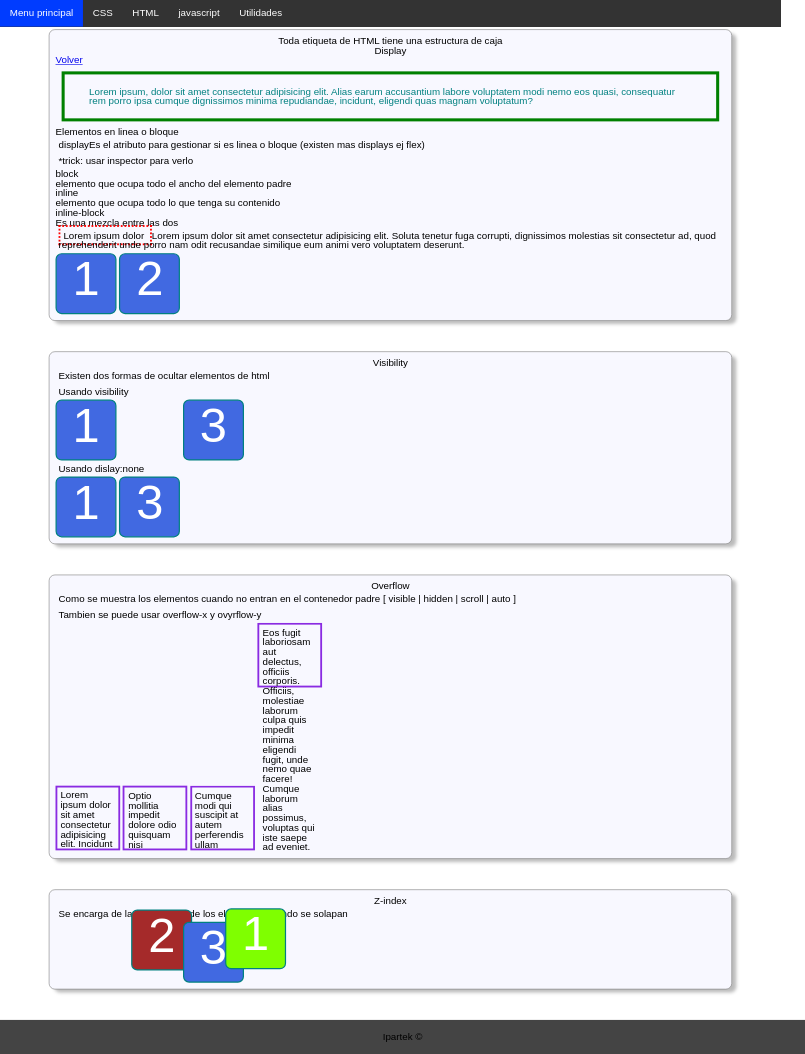
Repository: jcsanceledonio/java_2019_0396_2
Page: http://localhost/javaWebApp/ejemplos/html/box-model.jsp
The author's editor kept a copy of each file at every save. The page is drawn from the files as they stood at one save, then again after the next save.
The browser window is 1280 px wide. The page is 1320 px wide, then 1312 px, so the pictures cover 1320 px, including what lies to the right of the window. The pictures show the whole page, at 61% of full size.
Some web libraries are served in a nearby version. The page is served by Tomcat 9. Other server files are loaded and not shown.

Above is the page before, as saved 2019-11-20 10:54:25.

### javaWebApp/src/main/webapp/ejemplos/html/box-model.jsp
<%String titulo = "HelloWeb | box-model";%>

<%@include file="/includes/header.jsp" %>
<%@include file="/includes/navigation.jsp"%>
    <style>
        body {

        }

        span {
            border: 3px dotted red;
            padding: 5px;
        }

        p {

            padding: 5px;
        }

        p.prueba {
            color: teal;
            border: 5px solid green;
            margin: 10px;
            /* padding: 20px;  */
            padding: 20px 40px;
        }

        .box {
            display: inline-block;
            /* para que el bloque ocupe el borde que especifiquemos
            sin que se le sume los 2px de los bordes */
            box-sizing: border-box;
            width: 100px;
            height: 100px;

            border: 2px solid teal;
            background-color: royalblue;
            border-radius: 10px;

            color: #fff;
            font-size: 5em;
            text-align: center;
        }

        .box-texto {
            display: inline-block;
            width: 100px;
            height: 100px;
            border: 3px solid blueviolet;
        }

        section {
        	margin: 0px 80px 0px 80px;
            border: 1px solid rgb(131, 131, 131);
            background-color: ghostwhite;
            padding: 10px;
            margin-bottom: 50px;
            border-radius: 10px;

            -webkit-box-shadow: 8px 6px 6px -1px rgba(0, 0, 0, 0.27);
            -moz-box-shadow: 8px 6px 6px -1px rgba(0, 0, 0, 0.27);
            box-shadow: 8px 6px 6px -1px rgba(0, 0, 0, 0.27);
        }
    </style>

    <h1>Visualización</h1>

    <section>
        <h2>Toda etiqueta de HTML tiene una estructura de caja</h2>
        <h2>Display</h2>
        <a href="index.jsp">Volver</a>

        <p class="prueba">Lorem ipsum, dolor sit amet consectetur adipisicing elit. Alias earum accusantium labore
            voluptatem modi nemo eos
            quasi, consequatur rem porro ipsa cumque dignissimos minima repudiandae, incidunt, eligendi quas magnam
            voluptatum?</p>

        <h3>Elementos en linea o bloque</h3>
        <p><code>display</code>Es el atributo para gestionar si es linea o bloque (existen mas displays ej flex)</p>
        <p>*trick: usar inspector para verlo</p>
        <dl>
            <dt>block</dt>
            <dd>elemento que ocupa todo el ancho del elemento padre</dd>

            <dt>inline</dt>
            <dd>elemento que ocupa todo lo que tenga su contenido</dd>

            <dt>inline-block</dt>
            <dd>Es una mezcla entre las dos</dd>

        </dl>

        <p> <span> Lorem ipsum dolor </span> Lorem ipsum dolor sit amet consectetur adipisicing elit. Soluta tenetur
            fuga
            corrupti, dignissimos molestias sit
            consectetur ad, quod reprehenderit unde porro nam odit recusandae similique eum animi vero voluptatem
            deserunt.
        </p>

        <div class="box">1</div>
        <div class="box">2</div>
    </section>

    <section>
        <h2>Visibility</h2>
        <p>Existen dos formas de ocultar elementos de html</p>
        <!-- Se oculta pero respeta el espacio -->
        <p>Usando <code>visibility</code></p>
        <div class="box">1</div>
        <div class="box" style="visibility:hidden">2</div>
        <div class="box">3</div>

        <!-- Se oculta y no ocupa espacio -->
        <p>Usando <code>dislay:none</code></p>
        <div class="box">1</div>
        <div class="box" style="display:none">2</div>
        <div class="box">3</div>
    </section>

    <section>
        <h2>Overflow</h2>
        <p> Como se muestra los elementos cuando no entran en el contenedor padre
            <code>[ visible | hidden | scroll | auto ]</code> </p>
        <p>Tambien se puede usar <code>overflow-x</code> y <code>ovyrflow-y</code></p>
        <div class="box-texto" style="overflow: hidden;">
            <p>Lorem ipsum dolor sit amet consectetur adipisicing elit. Incidunt laudantium ipsam facere explicabo in
                adipisci sed autem aliquid aspernatur magni neque, dolorem maiores! Quos praesentium dolorem inventore
                tenetur dolorum nam!</p>
        </div>
        <div class="box-texto" style="overflow: scroll;">
            <p>Optio mollitia impedit dolore odio quisquam nisi perferendis autem provident aspernatur sit, voluptates
                inventore et quia repellendus assumenda nesciunt officia voluptatem, harum est saepe pariatur
                consequatur! Ea eum quos veniam.</p>
        </div>
        <div class="box-texto" style="overflow: auto;">
            <p>Cumque modi qui suscipit at autem perferendis ullam tempore cum, culpa asperiores. Pariatur numquam
                provident velit facere quo vitae! Accusamus pariatur quaerat officia molestias ad fugit natus et
                dignissimos tempore!</p>
        </div>
        <div class="box-texto" style="overflow: visible;">
            <p>Eos fugit laboriosam aut delectus, officiis corporis. Officiis, molestiae laborum culpa quis impedit
                minima eligendi fugit, unde nemo quae facere! Cumque laborum alias possimus, voluptas qui iste saepe ad
                eveniet.</p>
        </div>

    </section>

    <section>
        <h2>Z-index</h2>
        <p>Se encarga de la profundidad de los elementos cuando se solapan</p>

        <div class="box"
            style="background-color: chartreuse; position: relative; left: 278px; bottom: 22px; z-index: 2;">1</div>
        <div class="box" style="z-index: 0;position: relative; top:-20px; left:20px; background-color: brown;">2</div>
        <div class="box" style="z-index: 1;position: relative;">3</div>

    </section>

  <%@include file="/includes/footer.jsp" %>

### javaWebApp/src/main/webapp/includes/header.jsp
<!DOCTYPE html> <!-- html5 -->
<html lang="es">

<head>
    <meta charset="UTF-8">
    <meta name="viewport" content="width=device-width, initial-scale=1.0">
    <meta http-equiv="X-UA-Compatible" content="ie=edge">
    <title><%=titulo%></title>
    <link href="https://fonts.googleapis.com/icon?family=Material+Icons" rel="stylesheet">
    <link rel="stylesheet" href="https://cdnjs.cloudflare.com/ajax/libs/font-awesome/5.11.2/css/all.css">

    <!-- <base href="/PruebaTecnica/"> -->
    <base href="/helloweb/">
    <!-- estilos -->
    <link rel="stylesheet" href="css/styles.css">

</head>

<body>

### javaWebApp/src/main/webapp/includes/navigation.jsp
 <header>
        <nav>
            <ul>
                <li><a href="#home">Menu principal</a></li>
                <li class="dropdown">
                    <a href="#" class="dropbtn">CSS</a>
                    <div class="dropdown-content">
                        <a href="ejemplos/css/animaciones.jsp">Animaciones</a>
                        <a href="ejemplos/css/basico.jsp">Basico</a>
                        <a href="ejemplos/css/especificidad.jsp">Especificidad</a>
                        <a href="ejemplos/css/avanzado.jsp">Avanzado</a>

                    </div>
                </li>
                <li class="dropdown">
                    <a href="#" class="dropbtn">HTML</a>
                    <div class="dropdown-content">
                        <a href="ejemplos/html/box-model.jsp">Visualizacion</a>
                        <a href="ejemplos/html/posicionamiento.jsp">Posicionamiento</a>
                        <a href="ejemplos/html/formulario.jsp">Formularios</a>
                        <a href="login.jsp">Login</a>
                    </div>
                </li>
                <li class="dropdown">
                    <a href="#" class="dropbtn">javascript</a>
                    <div class="dropdown-content">
                        <a href="ejemplos/js/game.jsp">Arkanoid</a>
                    </div>
                </li>
                <li class="dropdown">
                    <a href="#" class="dropbtn">Utilidades</a>
                    <div class="dropdown-content">
                        <a href="https://caniuse.com/">caniuse</a>
                    </div>
                </li>
            </ul>
        </nav>
    </header>

### javaWebApp/src/main/webapp/includes/footer.jsp
 <footer>
        <h2>Ipartek &copy</h2>
    </footer>

    <!-- javascript -->
    <script src="js/main.js"></script>
</body>

</html>

### javaWebApp/src/main/webapp/css/styles.css
/*
Hoja de estilos
esto es un comentario de bloque
@author: Juan Carlos
@version: 1.0
@tags: css, basic, etc...
@licencia mit
 */

@import url("reset.css");
@import url("print.css") print;

/*
orden CSS
1. Reset
2. @Keyframes
3. TODAS etiquetas estilos generales
4. Layouts
5. clases para reutilizar
6. cosas mas especificas como los ids
 */

body {
    font-size: 16px;
    font-family: Arial, Helvetica, sans-serif;
}

h1 {
    color: #0099CC;
    font-size: 3em;
    text-align: center;
}

h2 {
    text-align: center;
}

.tabla {
    background-color: white;
    text-align: center;
}

table {
    width: 50%;
    margin: auto;
}

table caption {
    font-size: 2em;
}

td {
    width: 50%;
    height: 30px;
    border: 1px solid #000;
    border-radius: 5px;
}

main {
    margin-bottom: 180px;
}

td:hover {
    background-color: rgb(24, 123, 236);
}

/*Icono del ojo*/
.fa-eye{
	color:red;

}

/* -------------------------------------- */

/* Formulario */

input[type="text"]:valid {
    color: green;
}

input[type="text"]:invalid {
    color: red;
}

/* /Fin formulario */

/* ----------------------------------------- */

.parallax {
    background-image: url(/helloweb/images/office.jpg);
    /* Create the parallax scrolling effect */
    height: 500px;
    background-attachment: fixed;
    background-position: center;
    background-repeat: no-repeat;
    background-size: cover;
}

.parallax h1 {
    padding-top: 3em;
}

.parallax h2 {
    padding-top: 0.5em;
}

nav {
    width: 100%;
    position: fixed;
}

nav ul {
    list-style-type: none;
    margin: 0;
    padding: 0;
    overflow: hidden;
    background-color: #333;
}

nav li {
    float: left;
}

nav li a, .dropbtn {
    display: inline-block;
    color: white;
    text-align: center;
    padding: 14px 16px;
    text-decoration: none;
}

nav li a:hover, .dropdown:hover .dropbtn {
    background-color: rgb(0, 60, 255);
}

nav li.dropdown {
    display: inline-block;
}

.dropdown-content {
    display: none;
    position: absolute;
    background-color: #f9f9f9;
    min-width: 160px;
    box-shadow: 0px 8px 16px 0px rgba(0, 0, 0, 0.2);
    z-index: 1;
}

.dropdown-content a {
    color: black;
    padding: 12px 16px;
    text-decoration: none;
    display: block;
    text-align: left;
}

.dropdown-content a:hover {
    background-color: #f1f1f1;
}

.dropdown:hover .dropdown-content {
    display: block;
}

footer {
    /*  position: fixed; */
    padding: 20px;
    bottom: 0;
    background-color: rgb(68, 68, 68);
    width: 100%;
}

#btnUp {
    width: 40px;
    height: 40px;
    display: flex;
    align-items: center;
    justify-content: center;
    background: rgb(5, 125, 165);
    border-radius: 50%;
    text-decoration: none;
    color: white;
    box-shadow: 2px 2px 5px rgba(0, 0, 0, 0.25);
    position: fixed;
    right: 20px;
    bottom: 20px;
    transition: background 0.25s;
}

#btnUp:active {
    background: rgb(4, 80, 105);
}

### javaWebApp/src/main/webapp/js/main.js
//Comentario de linea
/*
    Comentario de bloque
*/
/**
 *  Comentario de bloque para documentar
 */

console.trace('Esto es una traza de log');
console.info('Para informar de cosas');
var a = 2;
console.debug('La variable a=' + a);
//console.warn('alerta');
//console.error('Error en la conexion de al servidor');

function buscarVoluntario() {

    var personas = ["Juan", "Pepe", "Luis"];
    //console.trace('click buscaVoluntario');

    document.getElementById("nombre").innerHTML = personas[Math.floor(Math.random() * personas.length)];

    //document.getElementById('nombre').innerHTML = "Ander";
}

### javaWebApp/src/main/webapp/css/print.css
h1, h2, h3, h4, h5, h6{
	color: red;
}

.paralax{
	display: none;
}

Loaded but not shown: javaWebApp/src/main/webapp/css/reset.css (common file)

After the next save:
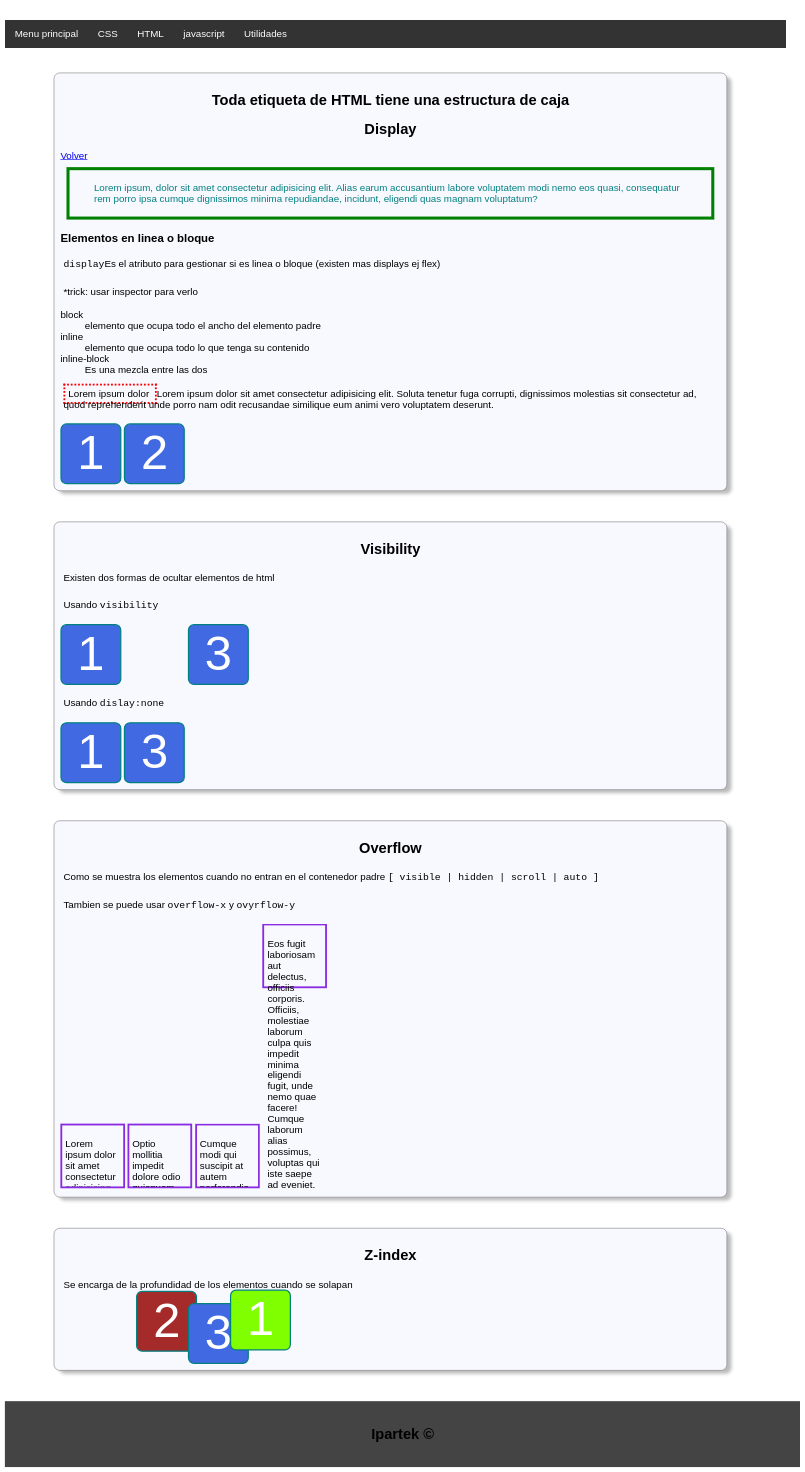
Saved 2 min 51 s later.
--- a/javaWebApp/src/main/webapp/css/styles.css
+++ b/javaWebApp/src/main/webapp/css/styles.css
@@ -7,7 +7,7 @@ esto es un comentario de bloque
 @licencia mit
  */
 
-@import url("reset.css");
+/* @import url("reset.css"); */
 @import url("print.css") print;
 
 /*
